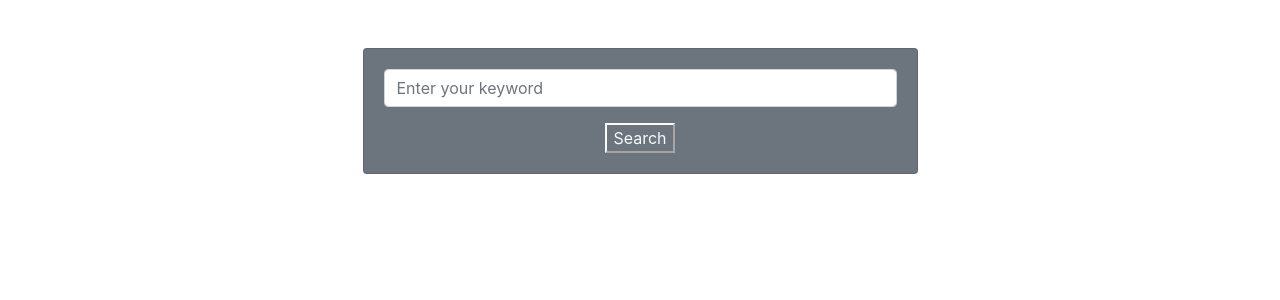
Repository: Himanshu-GitRepo/SpringMVCDurgesh
Page: http://localhost/springmvcsearch/home
An editor plug-in stored every save of this project. The page is shown before and after the next save, followed by the edit.
The browser window is 1280 px wide. The pictures show the whole page.
Some web libraries are served in a nearby version. The page is served by Tomcat 9.

Above is the page before, as saved 2021-11-24 08:04:20.

### springmvcsearch/src/main/webapp/WEB-INF/spring-servlet.xml
<?xml version="1.0" encoding="UTF-8"?>
<beans xmlns="http://www.springframework.org/schema/beans"
	xmlns:context="http://www.springframework.org/schema/context"
	xmlns:xsi="http://www.w3.org/2001/XMLSchema-instance"
	xmlns:p="http://www.springframework.org/schema/p"
	xmlns:tx="http://www.springframework.org/schema/tx"
	xsi:schemaLocation="
        http://www.springframework.org/schema/beans
        http://www.springframework.org/schema/beans/spring-beans.xsd
        http://www.springframework.org/schema/context
        http://www.springframework.org/schema/context/spring-context.xsd
        http://www.springframework.org/schema/tx
        http://www.springframework.org/schema/tx/spring-tx.xsd
        ">

	<context:component-scan base-package="springmvcsearch"></context:component-scan>

	<bean
		class="org.springframework.web.servlet.view.InternalResourceViewResolver"
		name="viewResolver">

		<property name="prefix" value="/WEB-INF/views/" />
		<property name="suffix" value=".jsp"></property>
	</bean>

</beans>

### springmvcsearch/src/main/webapp/WEB-INF/views/home.jsp
<!doctype html>
<html lang="en">
<head>
<!-- Required meta tags -->
<meta charset="utf-8">
<meta name="viewport"
	content="width=device-width, initial-scale=1, shrink-to-fit=no">

<!-- Bootstrap CSS -->
<link rel="stylesheet"
	href="https://maxcdn.bootstrapcdn.com/bootstrap/4.0.0/css/bootstrap.min.css"
	integrity="sha384-Gn5384xqQ1aoWXA+058RXPxPg6fy4IWvTNh0E263XmFcJlSAwiGgFAW/dAiS6JXm"
	crossorigin="anonymous">

<title>Hello, world!</title>
</head>
<body>

	<div class="container">

		<div class="card mx-auto mt-5 bg-secondary" style="width: 50%;">
			<div class="card-body">

				<form>

					<div class="form-group">

						<input type="text" name="querybox"
							placeholder="Enter your keyword" class="form-control" />

					</div>

					<div class="container text-center">
					<button class="btn-outline-light">Search</button>
					</div>

				</form>

			</div>
		</div>

	</div>

	<!-- Optional JavaScript -->
	<!-- jQuery first, then Popper.js, then Bootstrap JS -->
	<script src="https://code.jquery.com/jquery-3.2.1.slim.min.js"
		integrity="sha384-KJ3o2DKtIkvYIK3UENzmM7KCkRr/rE9/Qpg6aAZGJwFDMVNA/GpGFF93hXpG5KkN"
		crossorigin="anonymous"></script>
	<script
		src="https://cdnjs.cloudflare.com/ajax/libs/popper.js/1.12.9/umd/popper.min.js"
		integrity="sha384-ApNbgh9B+Y1QKtv3Rn7W3mgPxhU9K/ScQsAP7hUibX39j7fakFPskvXusvfa0b4Q"
		crossorigin="anonymous"></script>
	<script
		src="https://maxcdn.bootstrapcdn.com/bootstrap/4.0.0/js/bootstrap.min.js"
		integrity="sha384-JZR6Spejh4U02d8jOt6vLEHfe/JQGiRRSQQxSfFWpi1MquVdAyjUar5+76PVCmYl"
		crossorigin="anonymous"></script>
</body>
</html>

### springmvcsearch/src/main/java/springmvcsearch/SearchController.java
package springmvcsearch;

import org.springframework.stereotype.Controller;
import org.springframework.web.bind.annotation.RequestMapping;

@Controller
public class SearchController {

	@RequestMapping("/home")
	public String home() {
		System.out.println("going to home view..");
		return "home";
	}

}

After the next save:
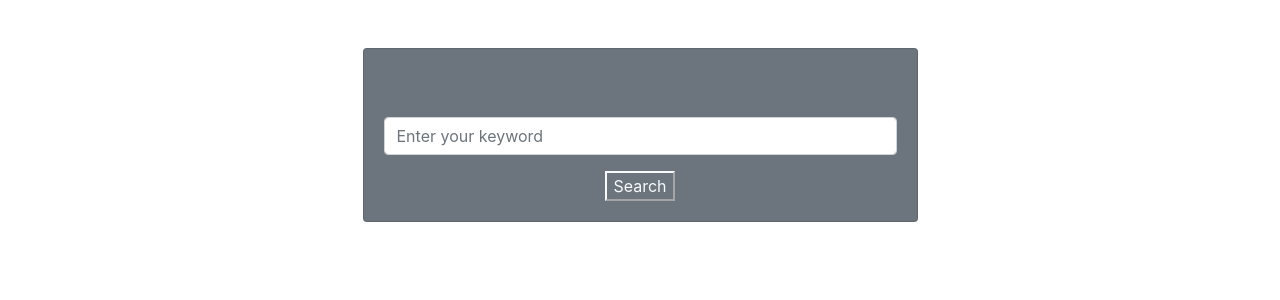
Saved 45 s later.
--- a/springmvcsearch/src/main/webapp/WEB-INF/views/home.jsp
+++ b/springmvcsearch/src/main/webapp/WEB-INF/views/home.jsp
@@ -21,7 +21,7 @@
 		<div class="card mx-auto mt-5 bg-secondary" style="width: 50%;">
 			<div class="card-body">
 
-				<form>
+				<form class=mt-5>
 
 					<div class="form-group">
 
